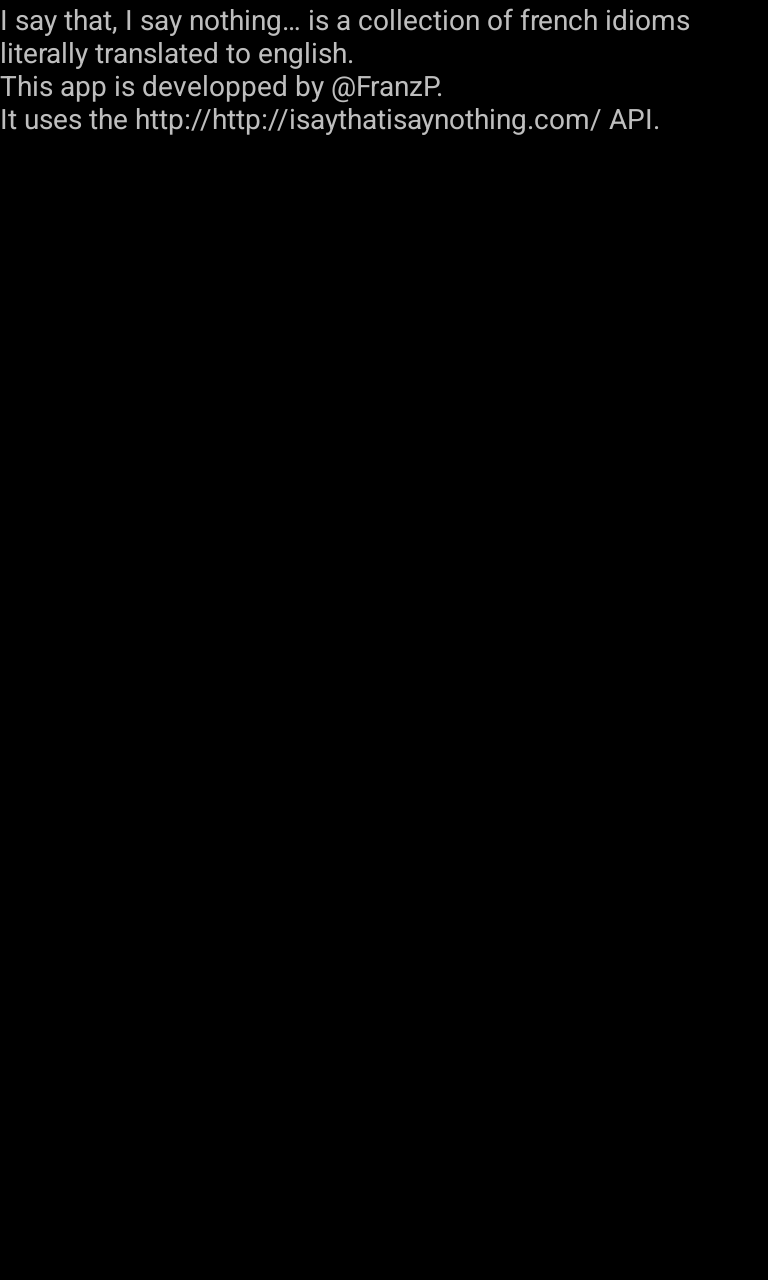
Repository: FranzPoize/ISTISN-Android
Layout: istisn/res/layout/about.xml
These files come from the project's save history. The layout is drawn as it stood at one moment and after the next save; the edit follows.
It is drawn on a 768 x 1280 px phone screen (xhdpi) without system bars, with theme android:Theme.NoTitleBar.Fullscreen; the app's code is not run.

Above is the layout before, as saved 2012-11-27 04:32:24.

After the next save:
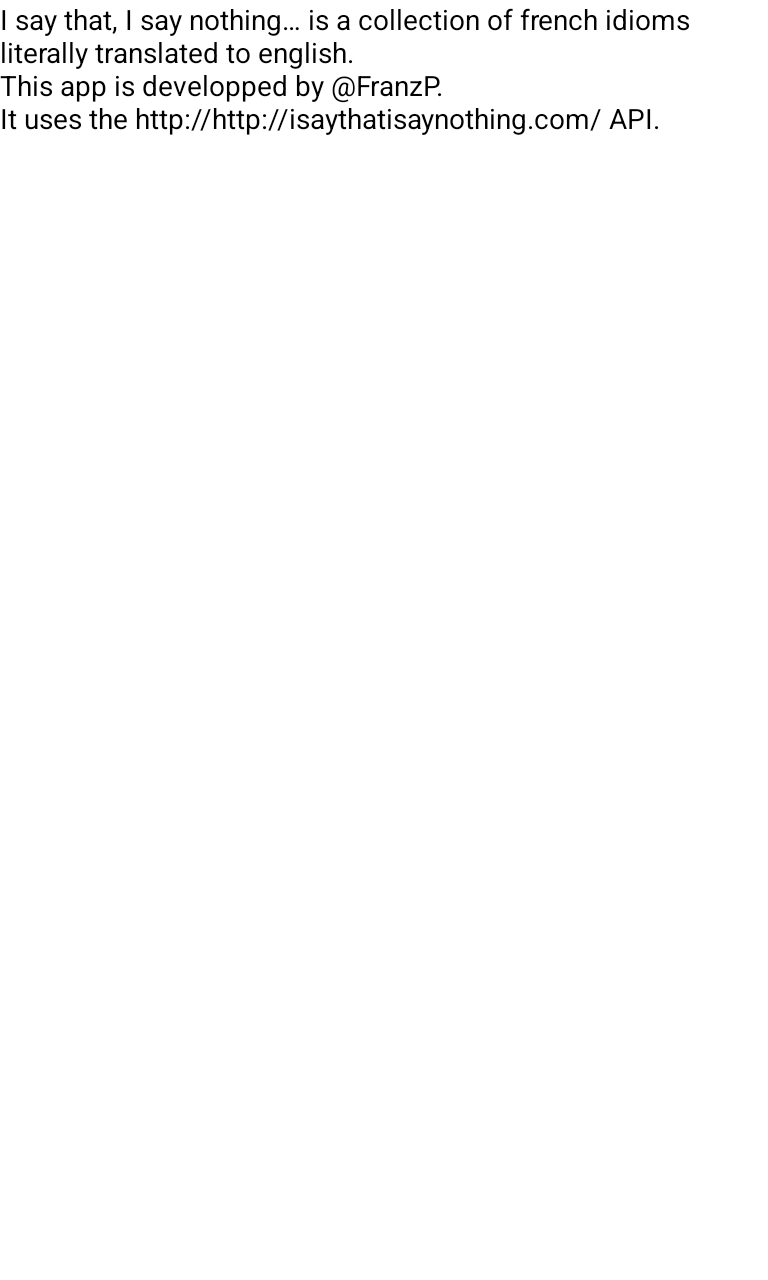
Saved 51 s later.
--- a/istisn/res/layout/about.xml
+++ b/istisn/res/layout/about.xml
@@ -3,11 +3,13 @@
     android:layout_width="match_parent"
     android:layout_height="match_parent"
     android:orientation="vertical"
-    android:layout_margin="10dp" >
+    android:layout_margin="10dp"
+    android:background="@color/white" >
     <TextView
         android:layout_width="match_parent"
     	android:layout_height="match_parent"
     	android:text="@string/about_start"
-    	android:id="@+id/about_text"/>
+    	android:id="@+id/about_text"
+    	android:textColor="@color/black"/>
 
 </LinearLayout>
